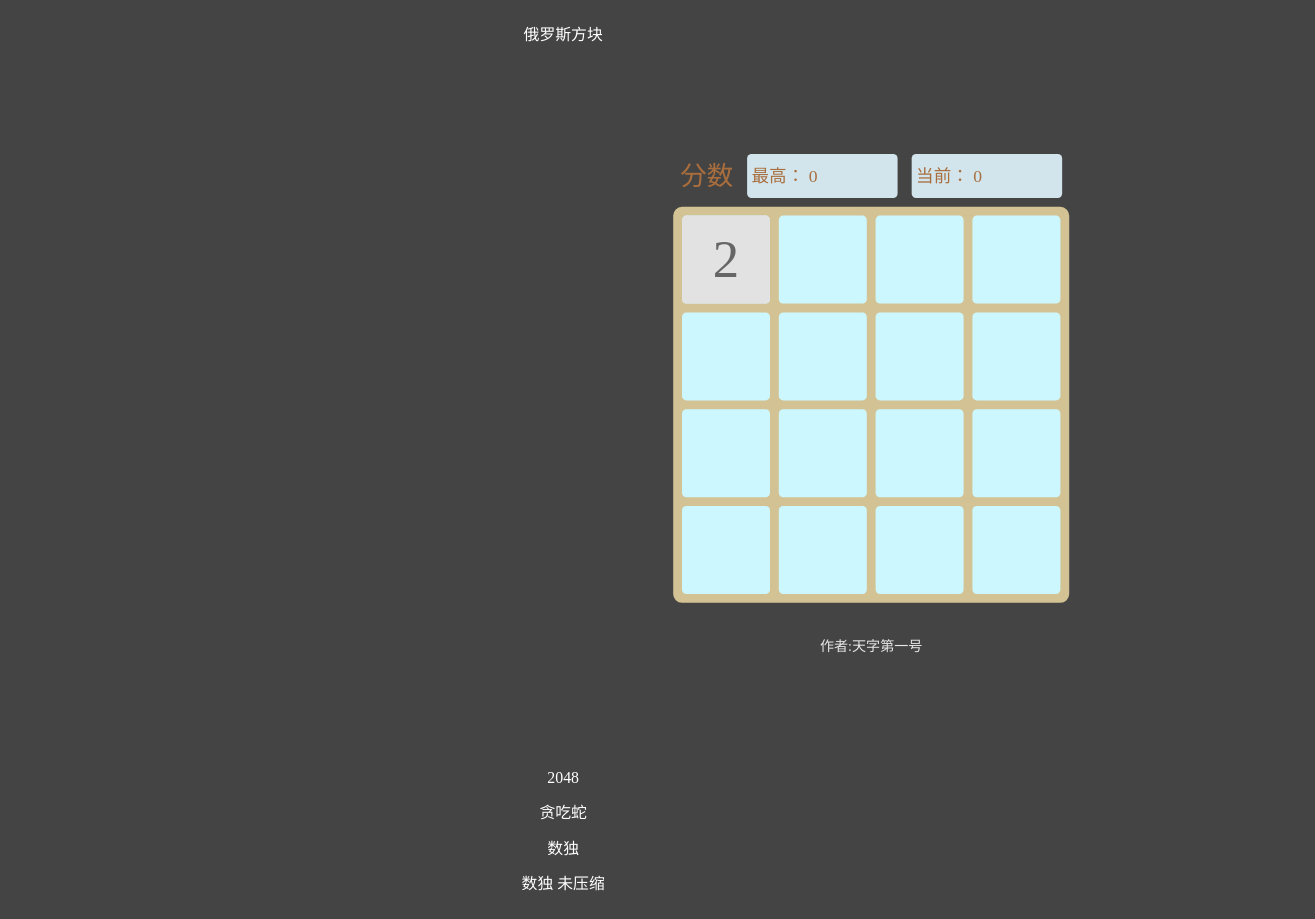
Repository: yangtengxiang/get_test
Page: game/H5/index.html
The author's editor kept a copy of each file at every save. The page is drawn from the files as they stood at one save, then again after the next save.
The browser window is 1280 px wide. The page is 1490 px wide, then 1494 px, so the pictures cover 1494 px, including what lies to the right of the window. The pictures show the whole page, at 88% of full size.

Above is the page before, as saved 2020-04-29 17:40:44.

### game/H5/index.html
<!DOCTYPE html>
<html lang="zh-CN">
<head>
	<meta name="renderer" content="webkit">
	<meta http-equiv="Content-Type" content="text/html; charset=utf-8">
	<meta http-equiv="X-UA-Compatible" content="IE=edge,chrome=1">
	<meta name="viewport" content="width=device-width, initial-scale=1.0, maximum-scale=1.0, minimum-scale=1.0, user-scalable=no">
	<meta charset="UTF-8">
	<title>新页面</title>
	<style>
		body{
			background: #444;
		}
		.link-box{
			width: 300px;
			margin: 20px auto;
		}
		.link-box a{
			display: block;
			line-height: 40px;
			font-size: 18px;
			color: #FFF;
			text-decoration: none;
			text-align: center;
		}.link-box a:hover{
			background: #333;
		}
		iframe{
			width: 1000px;
			height: 800px;
		}
	</style>
</head>
<body>
	 <div class="link-box">
		 <a href="elsfk.html">俄罗斯方块</a>
		 <iframe src="./2048.html" frameborder="0"></iframe>
		 <a href="2048.html">2048</a>
		 <a href="tanchishe.html">贪吃蛇</a>

		 <a href="Sudoku_1.1.min.html">数独</a>
		 <a href="Sudoku_1.1.html">数独 未压缩</a>
	 </div>
</body>
</html>

### game/H5/2048.html
<!DOCTYPE html>
<html  ondblclick="GamesStart()">

	<head>
		<meta charset="UTF-8">
		<title></title>
		<!--<link rel="stylesheet" type="text/css" href="css/temp.css" />-->
		<script type="text/javascript">
			var Game = true;
			function move(direction) {
				var container = document.querySelector(".container");
				var item = container.children;
				var wz = [];
				var fx, fx_reverse;
				var end;
				for(var i = 0; i < item.length; i++) {
					var obj = function() { var col; var row; var obj; }
					wz[i] = obj; wz[i]["row"] = item[i].getAttribute("row"); wz[i]["col"] = item[i].getAttribute("col"); wz[i]["obj"] = item[i];
				}
				if(direction == "top") { fx = "col"; end = false; }
				if(direction == "bottom") { fx = "col"; end = true; }
				if(direction == "left") { fx = "row"; end = false; }
				if(direction == "right") { fx = "row"; end = true; }
				fx_reverse = "row"; if(fx == "row") { fx_reverse = "col"; }
				var _return = true;
				for(var times = 1; times <= 4; times++) {
					var arr = [];
					for(var o = 0; o < wz.length; o++) { if(wz[o][fx_reverse] == times) { arr.push(wz[o]); } }
					var ky = 1; if(end) ky = 4;
					function pd(end, p) {
						if(end) { if(p > 0) return true; return false; }
						else { if(p <= 4) return true; return false; }
					}
					var i_previous = -1;
					for(var p = ky; pd(end, p); end ? (p--) : (p++)) {
						for(var i = 0; i < arr.length; i++) {
							if(arr[i][fx] == p) {
								if(arr[i_previous] == undefined) ;
								else if(arr[i].obj.innerText == arr[i_previous].obj.innerText) {
									end ? (ky++) : (ky--);
									arr[i].obj.innerText = parseInt(arr[i].obj.innerText) * 2;
									arr[i_previous].obj.remove();
									_return = false;
									if(fx == "row") { arr[i].obj.style.left = ky * 110 - 100 + "px"; arr[i].obj.setAttribute("row", ky); i_previous = i; }
									else { arr[i].obj.style.top = ky * 110 - 100 + "px"; arr[i].obj.setAttribute("col", ky); i_previous = i; }
									arr[i].obj.className = "lv_" + arr[i].obj.innerText/2;
									end ? (ky--) : (ky++);
									i_previous = undefined;
									IntegralUp(arr[i].obj.innerText);
									continue;
								}
								if(arr[i][fx] != ky) {
									_return = false;
									if(fx == "row") { arr[i].obj.style.left = ky * 110 - 100 + "px"; arr[i].obj.setAttribute("row", ky); }
									else { arr[i].obj.style.top = ky * 110 - 100 + "px"; arr[i].obj.setAttribute("col", ky); }
								}
								i_previous = i;
								end ? (ky--) : (ky++);
							}
						}
					}
				}
				if(_return) return;
				var div = document.createElement("div");
				var bool = true;
				while(bool) {
					div.setAttribute("col", parseInt(Math.random() * 4 + 1));
					div.setAttribute("row", parseInt(Math.random() * 4 + 1));
					bool = false;
					for(var i = 0; i < wz.length; i++) {
						if(div.getAttribute("row") == wz[i].obj.getAttribute("row") && div.getAttribute("col") == wz[i].obj.getAttribute("col")) { bool = true; break; }
					}
					if(!bool) break;
				}
				var ran=Math.random()+Math.random()+Math.random()+Math.random()+Math.random();
				ran*=0.2;
				div.innerText = parseInt( ran* 2 + 1)*2;
				document.querySelector(".container").appendChild(div);
				div.style.left = div.getAttribute("row") * 110 - 100 + "px";
				div.style.top = div.getAttribute("col") * 110 - 100 + "px";
				div.className = "lv_" + div.innerText/2;
				if(item.length >= 16) {
					var row = []; var col = [];
					for(var i = 1; i <= 4; i++) {
						row.push(getElementByAttr(item, "row", i));
						col.push(getElementByAttr(item, "col", i));
					}
					bool = true;
					for(var i = 1; i <= 4; i++) {
						var row = getElementByAttr(item, "row", i);
						var o_previous = getElementByAttr(row, "col", 1);
						for(var o = 2; o <= 4; o++) {
							var p = getElementByAttr(row, "col", o);
							if(o_previous[0].innerText == p[0].innerText) bool = false;
							o_previous = p;
						}
						var col = getElementByAttr(item, "col", i);
						var o_previous = getElementByAttr(col, "row", 1);
						for(var o = 2; o <= 4; o++) {
							var p = getElementByAttr(col, "row", o);
							if(o_previous[0].innerText == p[0].innerText) bool = false;
							o_previous = p;
						}
					}
					if(bool) GamesOver();
				}
			}

			function getElementByAttr(item, attr, value) {
				var aEle = [];
				for(var i = 0; i < item.length; i++) {
					if(item[i].getAttribute(attr) == value)
						aEle.push(item[i]);
				}
				return aEle;
			}
			function GamesOver() {
				Game = false;
				document.querySelector(".alert").style.display = "block";
				document.querySelector("h1").style.display = "block";
				document.querySelector("h1").innerText = document.querySelector(".cur span+span").innerText;
			}
			function GamesStart() {
				if(document.querySelectorAll(".container div").length==0){}
				else{ if(Game) return;}
				document.querySelector(".alert").style.display = "none";
				document.querySelector("h1").style.display = "none";
				var container = document.querySelector(".container");
				var divs = container.children;
				console.log(divs);
				for(var i = divs.length - 1; i >= 0; i--) {
					console.log(divs[i]);
					container.removeChild(divs[i]);

				}
				var f = document.querySelector(".Integral");
				var cur = f.children[2].children[1];
				cur.innerText = "0";
				var div = document.createElement("div");
				div.setAttribute("col", 1);
				div.setAttribute("row", 1);
				div.style.left = "10px";
				div.style.top = "10px";
				div.innerText = "2";
				div.className = "lv_1";
				container.appendChild(div);
				Game=true;
			}
			function IntegralUp(value) {
				value = parseInt(value);
				var f = document.querySelector(".Integral");
				var max = f.children[1].children[1];
				var cur = f.children[2].children[1];
				cur.innerText = parseInt(cur.innerText + "") + value;
				if(parseInt(cur.innerText) > parseInt(max.innerText)) max.innerText = cur.innerText;
			}
			function remove_lv(value) {
				var div = document.querySelectorAll(".lv_" + value);
				for(var i = div.length - 1; i >= 0; i--) {
					div[i].remove();
				}
			}
			function remove_XY(x, y) {
				var item = document.querySelectorAll(".container div");
				var row = getElementByAttr(item, "row", x);
				var col = getElementByAttr(row, "col", y);
				col.remove();
			}
			function remove_lv_2_4_8_16() {
				var div = document.querySelectorAll(".lv_1,.lv_2,.lv_4,.lv_8");
				for(var i = div.length - 1; i >= 1; i--) {
					div[i].remove();
				}
			}
			document.onkeydown=KeyEvent;
			function KeyEvent(e) {
				//console.log(e);
				if(e.shiftKey && e.code == "Delete") {
					remove_lv_2_4_8_16();
				}
				if(e.code == "Space") {
					GamesStart();
				}
				if(!Game) return;
				if(e.code == "ArrowUp") {
					move("top");
				}
				if(e.code == "ArrowDown") {
					move("bottom");
				}
				if(e.code == "ArrowLeft") {
					move("left");
				}
				if(e.code == "ArrowRight") {
					move("right");
				}

			}
		</script>
		<style type="text/css">
			*{ margin: 0; padding: 0; font-family: "微软雅黑"; list-style: none;  }
			body{overflow: hidden;}
			.f{width: 2em !important;font-size: 30px;flex: 0 0 auto !important;background: none !important;}
			.Integral{ position: absolute; right: 0; top: -60px; height: 50px; font-size: 20px; color: #A96E3E; display: flex; line-height: 50px; width: 450px; }
			.Integral p{ flex: 1 1 auto; margin: 0 8px; background: #D2E5EC; border-radius:5px ; width: 5em; }
			.Integral p span:first-child{ padding: 0 5px; }
			.alert{ position: absolute; top: 0; left: 0; width: 450px; height: 450px; background: #D0D0D0; opacity: 0.66; z-index: 998; border-radius:5px ; display: flex; flex: 0 0 auto; }
			h1{ background: #153B26; border-radius:10px ; padding: 10px; font-size: 50px; position: absolute; top: 0; bottom: 0; left: 0; right: 0; margin: 100px auto; text-align: center; height: 1em; line-height: 1em; opacity: 2; width: 4em; z-index: 999; color: #D8C818; }
			.main{width: 450px; height: 450px; margin: auto;position: absolute;top: 0;bottom: 0;left: 0;right: 0;}
			.main .bg{ width: 430px; height: 430px; border: 10px solid #D3C294; background: #D3C294; border-radius:10px ; position: relative;  }
			.main .bg div{width: 100px; height: 100px; margin-left:10px ;background: #CCF7FF;border-radius:5px ;float: left;}
			.main .bg div:nth-child(n+5){margin-top: 10px;}
			.main .bg div:nth-child(4n+1){margin-left: 0;}
			.main .container{ width: 450px; height: 450px; position: absolute; top: 0; left: 0;  }
			.main .container div{ width: 100px; height: 100px; border-radius: 5px; position: absolute; }

			.main .container div{ text-align: center; line-height: 100px; transition: 200ms; }
			.lv_1{ background: #E2E2E2; /*灰*/ }
			.lv_2{ background: #9DA983;  /*浅色-*/}
			.lv_4{  background: #E4C2D2; /*浅色-*/}
			.lv_8{  background: #7996C2;  /*有点深的颜色-*/}
			.lv_16{ background: #273542;  /*灰蓝-*/}
			.lv_32{ background: #D2994C;  /*琥珀色-*/}
			.lv_64{ background: #017666; /*绿*/ }
			.lv_128{ background: #FDEE71;  /*黄*/}
			.lv_256{ background: #343233; /*深灰-*/}
			.lv_512{ background: #065C8B;  /*蓝*/}
			.lv_1024{ background: #D63449;  /*红-*/ }
			.lv_2048{ background: #E31E15;  /*红-*/}
			.lv_4096{ background: #370508;  /*玄色-*/}
			.lv_8192{ background: #FFED42;  /*黄-*/}
			.lv_16384{/*应该没用*/ background: #75BBDD; /*蓝-*/ }

			.lv_1,.lv_2,.lv_4,.lv_8{color: #666666;font-size: 60px;}
			.lv_16, .lv_32, .lv_64{color: #5AE4D5;font-size: 50px;}
			.lv_128, .lv_256, .lv_512{ color: #B84C4C; font-size: 40px;}
			.lv_1024, .lv_2048, .lv_4096, .lv_8192{ color: #695631; font-size: 30px;}

			.foot{ margin: auto; position: absolute; bottom: -60px; left: 0; right: 0; text-align: center; color: #E6E6E6; }

		</style>
	</head>

	<body>

		<div class="main">
			<div class="Integral">
				<p class="f">分数</p>
				<p class="max"><span>最高：</span><span>0</span></p>
				<p class="cur"><span>当前：</span><span>0</span></p>
			</div>
			<div class="alert" style="display: none;"></div>
			<h1 style="display: none;">0000</h1>
			<div class="bg">
				<div></div>
				<div></div>
				<div></div>
				<div></div>
				<div></div>
				<div></div>
				<div></div>
				<div></div>
				<div></div>
				<div></div>
				<div></div>
				<div></div>
				<div></div>
				<div></div>
				<div></div>
				<div></div>
			</div>
			<div class="container">
				<div row="1" col="1" style="top: 10px;left: 10px;" class="lv_1">
					2
				</div>

			</div>
			<div class="foot"  ondblclick="remove_lv_1248()">作者:天字第一号</div>
		</div>
	</body>
	<script>
		var startx, starty;
		function getAngle(angx, angy) {
			return Math.atan2(angy, angx) * 180 / Math.PI;
		};
		function getDirection(startx, starty, endx, endy) {
			var angx = endx - startx;
			var angy = endy - starty;
			var result = 0;
			if(Math.abs(angx) < 1 && Math.abs(angy) < 1) {
				return result;
			}
			var angle = getAngle(angx, angy);
			if(angle >= -135 && angle <= -45) {
				result = 1;
			} else if(angle > 45 && angle < 135) {
				result = 2;
			} else if((angle >= 135 && angle <= 180) || (angle >= -180 && angle < -135)) {
				result = 3;
			} else if(angle >= -45 && angle <= 45) {
				result = 4;
			}
			return result;
		}
		document.addEventListener("touchstart", function(e) {
			startx = e.touches[0].pageX;
			starty = e.touches[0].pageY;
		}, false);
		document.addEventListener("touchend", function(e) {
			var endx, endy;
			endx = e.changedTouches[0].pageX;
			endy = e.changedTouches[0].pageY;
			var direction = getDirection(startx, starty, endx, endy);
			switch(direction) {
				case 0:  break;
				case 1: move("top"); break;
				case 2: move("bottom"); break;
				case 3: move("left"); break;
				case 4: move("right"); break;
				default:
			}
		}, false);
	</script>
</html>

After the next save:
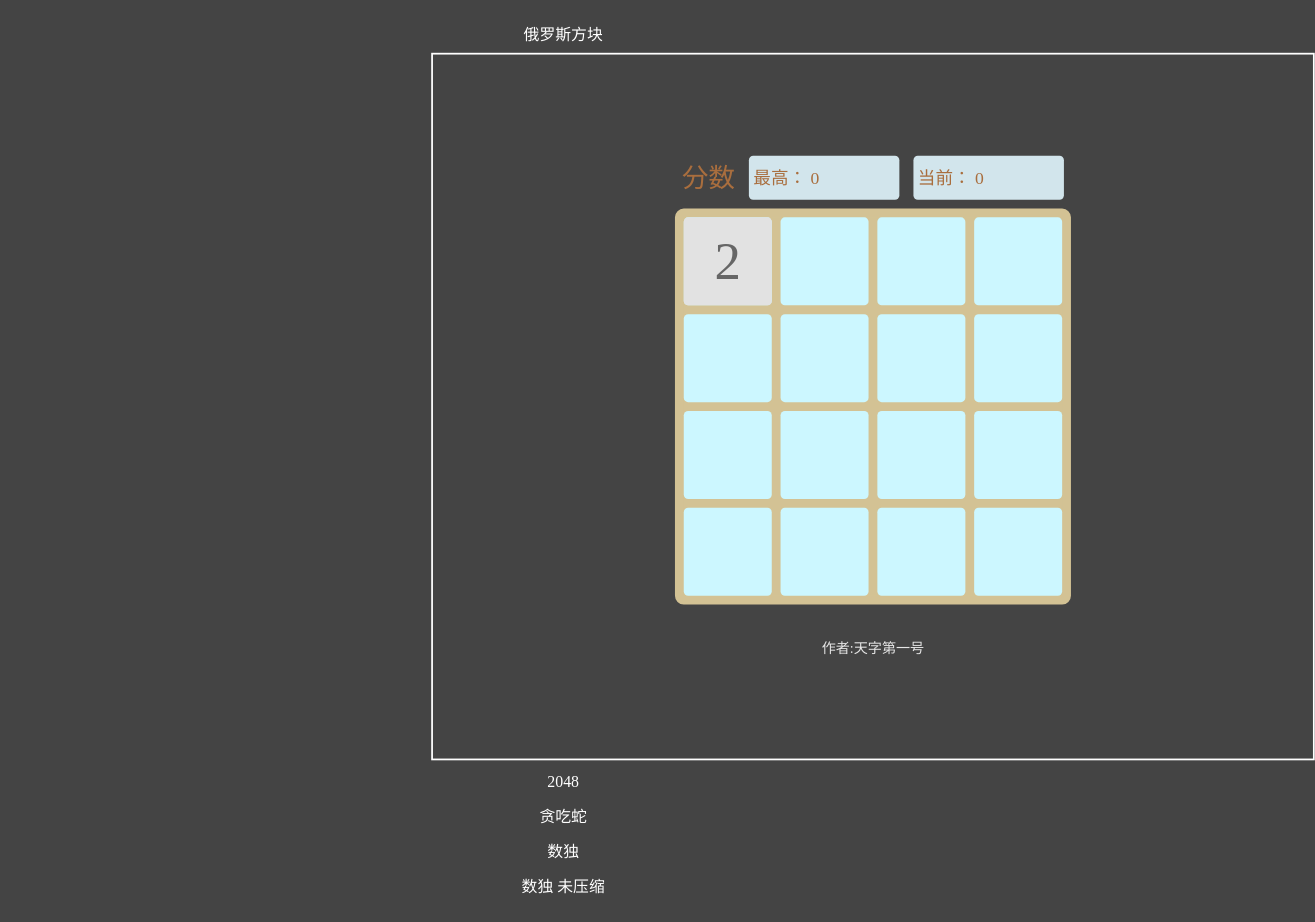
Saved 25 s later.
--- a/game/H5/index.html
+++ b/game/H5/index.html
@@ -28,6 +28,7 @@
 		iframe{
 			width: 1000px;
 			height: 800px;
+			border: 2px solid #FFF;
 		}
 	</style>
 </head>
